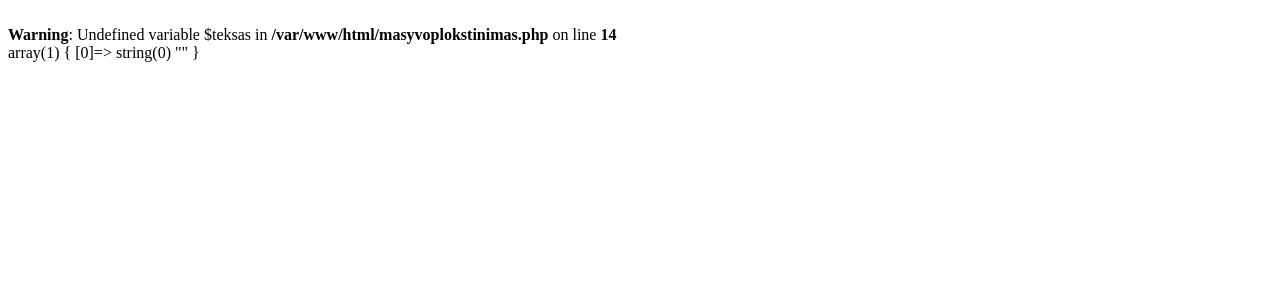
Repository: motiejus1/09-paskaita-PHP-05.31
Page: http://localhost/masyvoplokstinimas.php
These files come from the project's save history. The page is drawn as it stood at one moment and after the next save; the edit follows.
The browser window is 1280 px wide. The pictures show the whole page.
The page is run by PHP 8.4 with error messages shown; the project is at /var/www/html/.

Above is the page before, as saved 2021-08-02 19:44:17.

After the next save:
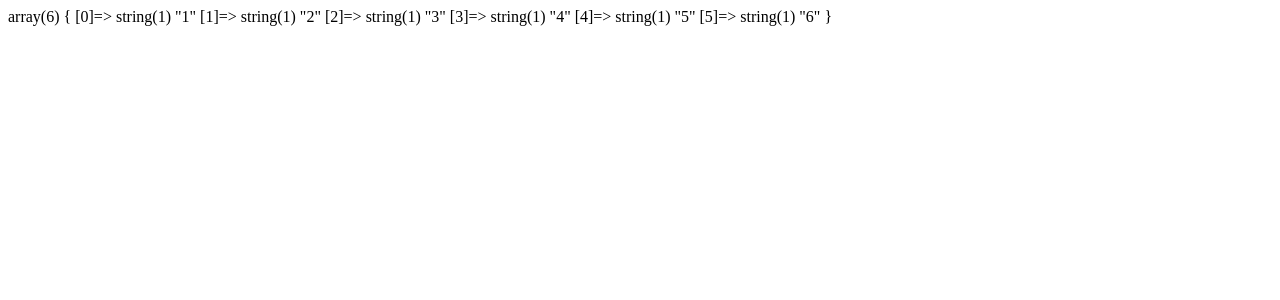
Saved 29 s later.
--- a/masyvoplokstinimas.php
+++ b/masyvoplokstinimas.php
@@ -11,7 +11,7 @@
 $tekstas = "1,2,3,4,5,6";
 // "1,2,3,4,5,6" => array(1,2,3,4,5,6)
 
-$masyvas = explode(",", $teksas);
+$masyvas = explode(",", $tekstas);
 
 var_dump($masyvas);
 
